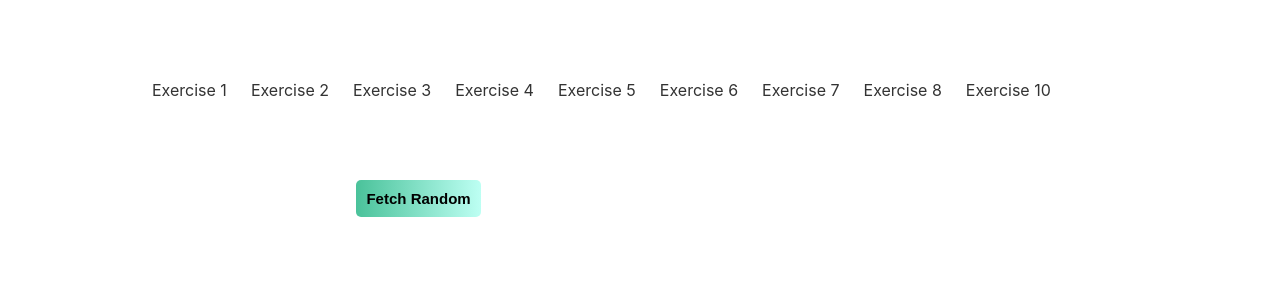
Repository: LukeBinh/reactjsexercises
Page: /ex10
An editor plug-in stored every save of this project. The page is shown before and after the next save, followed by the edit.
The browser window is 1280 px wide. The pictures show the whole page.
The page's requests for data from a server got no answer. The project was rebuilt for these pictures with package versions that can differ from the ones it lists, and the page was loaded fresh each time. No one was signed in, and anything a server would have sent is missing. Also part of the build but not shown: src/components/Ex1/Ex1.tsx, src/components/Ex2/Ex2.tsx, src/components/Ex3/ex3.css, src/components/Ex3/Ex3.tsx, src/components/Ex4/ex4.css, src/components/Ex4/Ex4.jsx, src/components/Ex5/Ex5.tsx, src/components/Ex6/Ex6.tsx and 4 more.

Above is the page before, as saved 2022-04-27 15:52:11.

After the next save:
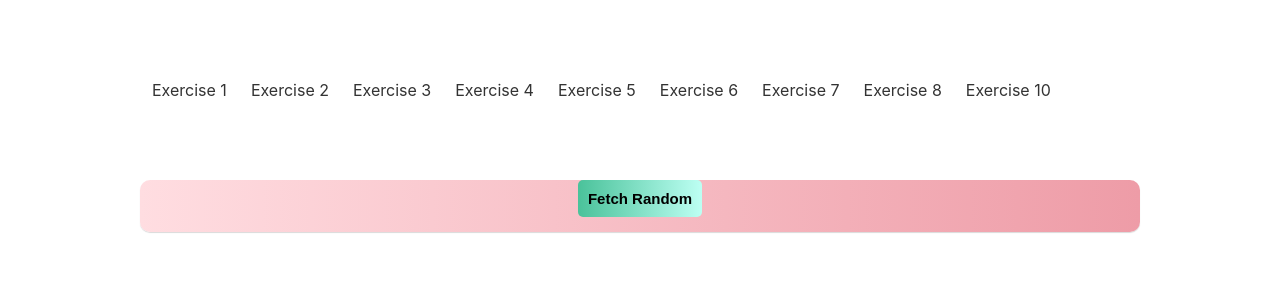
Saved 5 s later.
--- a/src/components/Ex10/Ex10.tsx
+++ b/src/components/Ex10/Ex10.tsx
@@ -32,7 +32,7 @@ function Ex10() {
     fetchRandom();
   };
   return (
-    <div className="container flex">
+    <div className="container flexcol">
       <button onClick={handleClick} className="button">Fetch Random</button>
       <div className="grid">
         {listUser.map((user) => (
